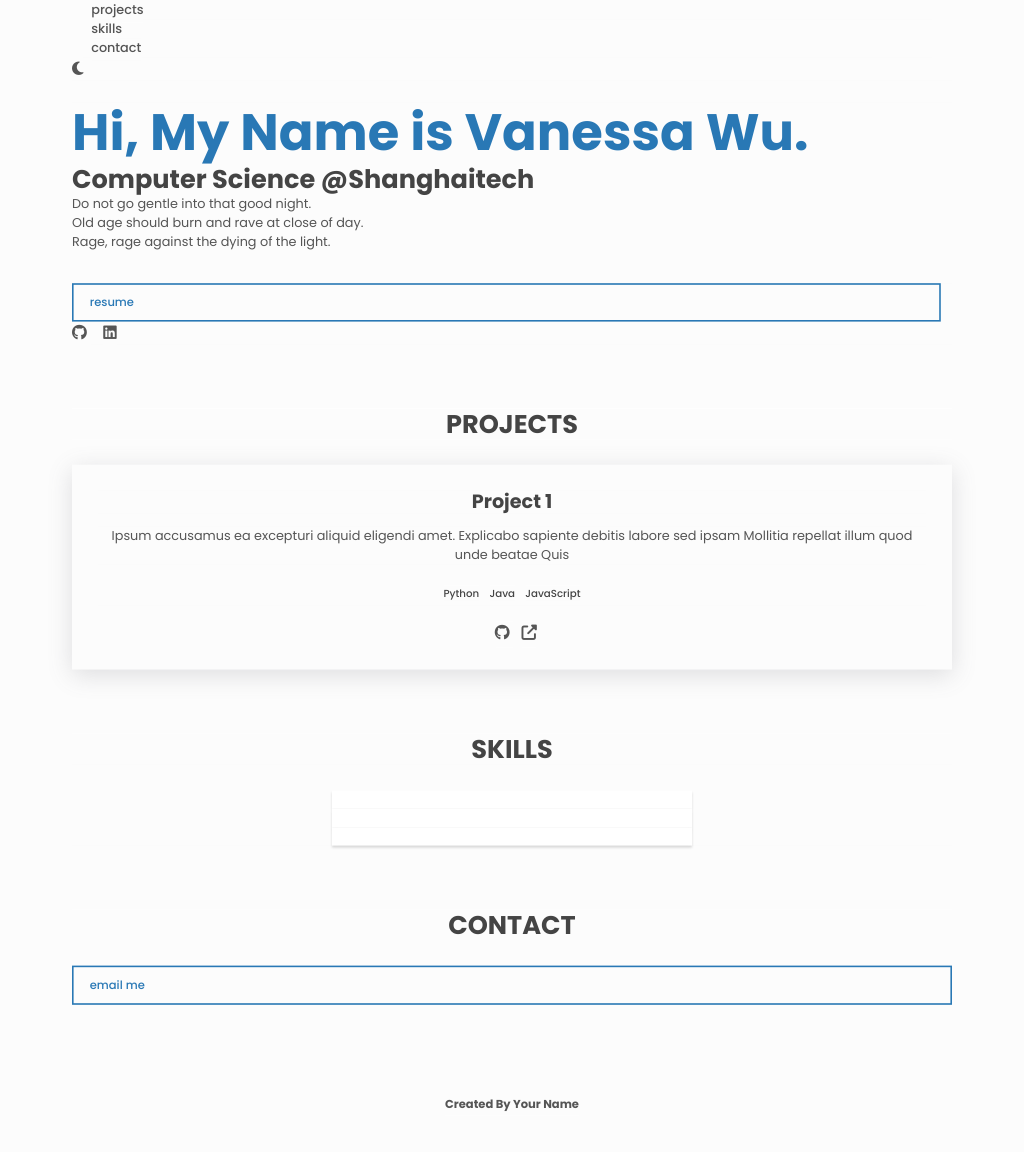
Repository: indiansummer1022/Cubstart
Page: Web Track/hw1/index.html
These files come from the project's save history. The page is drawn as it stood at one moment and after a run of saves; the edit follows.
The browser window is 1280 px wide. The pictures show the whole page, at 80% of full size.
Some web libraries are served in a nearby version.

Above is the page before, as saved 2022-02-15 21:17:24.

### Web Track/hw1/index.html
<!DOCTYPE html>
<html lang="en">

<head>
  <meta charset="UTF-8" />
  <meta name="viewport" content="width=device-width, initial-scale=1" />
  <meta name="description" content="Portfolio" />
  <link rel="preconnect" href="https://fonts.googleapis.com" />
  <link rel="preconnect" href="https://fonts.gstatic.com" crossorigin />
  <link href="https://fonts.googleapis.com/css2?family=Poppins:wght@400;500;700&display=swap" rel="stylesheet" />
  <script src="https://kit.fontawesome.com/fa62c117c7.js" crossorigin="anonymous"></script>
  <!-- BEGIN PART 1 -->
  <link rel="stylesheet" href ="styles.css">
  <title>Vanessa Wu</title>
  <!-- END PART 1 -->
</head>

<body class="light" id="top">
  <header class="header center">
    <!-- BEGIN PART 2 -->
    <h3>
        <a href="/"></a>
    </h3>
    <!-- END PART 2 -->
    <nav class="nav center">
      <ul class="nav__list center">
        <li class="nav__list-item">
          <a class="link link--nav" href="#projects">Projects</a>
        </li>
        <li class="nav__list-item">
          <a class="link link--nav" href="#skills">Skills</a>
        </li>
        <li class="nav__list-item">
          <a class="link link--nav" href="#contact">Contact</a>
        </li>
      </ul>

      <!-- BEGIN PART 5 -->

      <button type="button" aria-label="toggle theme" class="btn btn--icon">
        <i id="btn-theme" class="fas fa-moon"></i>
      </button>

      <!--
        5.1: What does this button tag correspond to on the site?

        Corresponds to the moon icon on top left of the page which to change the light/ dark theme of the website.

      -->

      <button type="button" aria-label="toggle navigation" class="btn btn--icon nav__hamburger">
        <i class="fas fa-bars"></i>
      </button>

      <!--
        5.2: Try Ctrl-F in styles.css and look the class 'nav__hamburger'. You'll notice that it
        appears in 2 places. Why is one of the rules 'display: none' on one instance? How do you
        make it so that this button appears on screen?
        Hint: remember what @media (max-width: 600px) means.

        1. @media (max-width: 600px) is for mobile so hamburger is set to appear on the screen if it is the mobile version.
        The element is hidden if it is the desktop version. [referring: @hannahmcg]
        2. Change 'display: none' to flex so this button will appear.

      -->

      <!-- END PART 5 -->
    </nav>
  </header>

  <main>
    <div class="about center">
      <!-- BEGIN PART 6 -->
      <h1 class="about__name">
        Hi, My Name is Vanessa Wu.
      </h1>
      <h2 class="about_role">
        Computer Science @Shanghaitech
      </h2>
      <p class="about-desc">
        Do not go gentle into that good night.<br>
        Old age should burn and rave at close of day. <br>
        Rage, rage against the dying of the light. <br>
      </p>
      <!-- END PART 6 -->
      <div class="about__contact center">
        <a href="https://example.com">
          <span class="btn btn--outline">Resume</span>
        </a>

        <a href="https://github.com/" aria-label="github" class="link link--icon">
          <i aria-hidden="true" class="fab fa-github"></i>
        </a>

        <a href="https://linkedin.com/in/" aria-label="linkedin" class="link link--icon">
          <i aria-hidden="true" class="fab fa-linkedin"></i>
        </a>
      </div>
    </div>
    <section id="projects" class="section projects">
      <h2 class="section__title">Projects</h2>
      <div class="projects__grid">
        <!-- BEGIN PART 8 -->
        <div class="project">
          <h3>Project 1</h3>
          <p class="project__description">
            Ipsum accusamus ea excepturi aliquid eligendi amet. Explicabo
            sapiente debitis labore sed ipsam Mollitia repellat illum quod
            unde beatae Quis
          </p>
          <ul class="project__stack">
            <li class="project__stack-item">Python</li>
            <li class="project__stack-item">Java</li>
            <li class="project__stack-item">JavaScript</li>
          </ul>

          <a href="https://github.com" aria-label="source code" class="link link--icon">
            <i aria-hidden="true" class="fab fa-github"></i>
          </a>
          <a href="https://example.com" aria-label="live preview" class="link link--icon">
            <i aria-hidden="true" class="fas fa-external-link-alt"></i>
          </a>
        </div>
        <!-- END PART 8 -->
      </div>
    </section>


    <section class="section skills" id="skills">
      <!-- BEGIN PART 10 -->
      <h2 class="section__title">Skills</h2>
      <ul class="skills__list">
        <li class="skills__list-item btn btn--plain"></li>
        <li class="skills__list-item btn btn--plain"></li>
        <li class="skills__list-item btn btn--plain"></li>
      </ul>
      <!-- END PART 10 -->
    </section>
    <section class="section contact center" id="contact">
      <h2 class="section__title">Contact</h2>
      <a href="mailto:youremail@gmail.com">
        <span class="btn btn--outline">Email me</span>
      </a>
    </section>
  </main>

  <footer class="footer">
    <!-- BEGIN PART 12 -->
    <a href="/" class="link footer__link">
      Created By Your Name
    </a>
    <!-- END PART 12 -->
  </footer>


  <div class="scroll-container">
    <div class="scroll-top">
      <a aria-label="Scroll up" href="#top">
        <i aria-hidden="true" class="fas fa-arrow-up"></i>
      </a>
    </div>
  </div>
  <script src="./script.js"></script>
</body>

</html>

### Web Track/hw1/styles.css
/*===============
  global styles
===============*/

* {
  padding: 0;
  margin: 0;
  border: 0;
  outline: 0;
  background-color: inherit;
  color: inherit;
  font-family: inherit;
  font-size: inherit;
  box-shadow: none;
  box-sizing: border-box;
}

html {
  scroll-behavior: smooth;
}

body {
  font-family: "Poppins", sans-serif;
  line-height: 1.5;
  color: var(--clr-fg);
  background-color: var(--clr-bg);
}

.light {
  --clr-bg: #fcfcfc;
  --clr-bg-alt: #fff;
  --clr-fg: #555;
  --clr-fg-alt: #444;
  --clr-primary: #2978b5;
  --shadow: rgba(100, 100, 111, 0.2) 0px 7px 29px 0px;
}

.dark {
  --clr-bg: #23283e;
  --clr-bg-alt: #2a2f4c;
  --clr-fg: #bdbddd;
  --clr-fg-alt: #cdcdff;
  --clr-primary: #90a0d9;
  --shadow: rgba(0, 0, 0, 0.16) 0px 10px 36px 0px,
    rgba(0, 0, 0, 0.06) 0px 0px 0px 1px;
}

::-moz-selection {
  background: var(--clr-primary);
  color: var(--clr-bg);
}

::-webkit-selection,
::selection {
  background: var(--clr-primary);
  color: var(--clr-bg);
}

h1,
h2,
h3,
h4 {
  line-height: 1.2;
  color: var(--clr-fg-alt);
}

h1 {
  font-size: 4rem;
}

h2 {
  font-size: 2rem;
}

h3 {
  font-size: 1.5rem;
}

h4 {
  font-size: 1.3rem;
}

ul {
  list-style-type: none;
}

a {
  text-decoration: none;
}

button {
  cursor: pointer;
}

@media (max-width: 900px) {
  h1 {
    font-size: 2.6rem;
  }
}

/*===================
  buttons and links
===================*/

.link {
  color: var(--clr-primary);
  padding: 0 0 0.3em 0;
  position: relative;
}

.link:hover {
  color: var(--clr-primary);
}

/* BEGIN PART 4 */

.link::before {
  content: "";
  display: inline;
  width: 0%;
  height: 0.2em;
  position: absolute;
  bottom: 0;
  background-color: var(--clr-primary);
  /* transition: */
}

.link:hover::before,
.link:focus::before {
  width: 100%;
  transition: property width, duration 5s, timing-function ease-in;
}

/* END PART 4 */

.link--nav {
  color: var(--clr-fg);
  text-transform: lowercase;
  font-weight: 500;
}

.link--icon {
  color: var(--clr-fg);
  font-size: 1.2rem;
}

.btn {
  display: block;
  padding: 0.8em 1.4em;
  font-weight: 500;
  font-size: 0.9rem;
  text-transform: lowercase;
  transition: transform 0.2s ease-in-out;
}

.btn--outline {
  color: var(--clr-primary);
  border: 2px solid var(--clr-primary);
  position: relative;
  overflow: hidden;
  z-index: 1;
}

.btn--outline:focus,
.btn--outline:hover {
  color: var(--clr-bg);
}

.btn--outline:before {
  content: "";
  position: absolute;
  background-color: var(--clr-primary);
  right: 100%;
  bottom: 0;
  left: 0;
  top: 0;
  z-index: -1;
  transition: right 0.2s ease-in-out;
}

.btn--outline:hover::before,
.btn--outline:focus::before {
  right: 0;
}

.btn--plain {
  text-transform: initial;
  background-color: var(--clr-bg-alt);
  box-shadow: rgba(0, 0, 0, 0.15) 0px 3px 3px 0px;
  border: 0;
}

.btn--plain:hover {
  transform: translateY(-4px);
}

.btn--icon {
  padding: 0;
  font-size: 1.2rem;
}

.btn--icon:hover,
.btn--icon:focus {
  color: var(--clr-primary);
}

.btn--icon:active {
  transform: translateY(-5px);
}

/*========
  layout
========*/

/* BEGIN PART 3 */

.center {
  justify-content: center;
  flex-direction: column;
}

.header {
  height: 8em;
  max-width: 1100px;
  width: 95%;
  margin: 0 auto;
  /* justify-content: */
  justify-content: space-around;
}

/* END PART 3 */

main {
  max-width: 1100px;
  width: 95%;
  margin: 0 auto;
}

.section {
  margin-top: 5em;
}

.section__title {
  text-align: center;
  margin-bottom: 1em;
  text-transform: uppercase;
}

.nav__list {
  margin-right: 1.5em;
  display: flex;
}

.nav__list-item {
  margin-left: 1.5em;
}

.nav__hamburger {
  display: none;
  width: 1em;
}

/* BEGIN PART 7 */

.about {
}

/* END PART 7 */

.about__name {
  color: var(--clr-primary);
}

.about__role {
  margin-top: 1.2em;
}

.about__desc {
  font-size: 1rem;
  max-width: 600px;
}

.about__desc,
.about__contact {
  margin-top: 2.4em;
}

.about .link--icon {
  margin-right: 0.8em;
}

.about .btn--outline {
  margin-right: 1em;
}

/* BEGIN PART 9 */

.projects__grid {
  max-width: 1100px;
  margin: 0 auto;
  /* display: */
  /* grid-template-columns: */
  /* grid-gap: */
}

/* END PART 9 */

.project {
  padding: 2em;
  margin: 0 auto;
  text-align: center;
  box-shadow: var(--shadow);
  transition: transform 0.2s linear;
}

.project:hover {
  transform: translateY(-7px);
}

.project__description {
  margin-top: 1em;
}

.project__stack {
  display: flex;
  flex-wrap: wrap;
  justify-content: center;
  margin: 1.2em 0;
}

.project__stack-item {
  margin: 0.5em;
  font-weight: 500;
  font-size: 0.8rem;
  color: var(--clr-fg-alt);
}

.project .link--icon {
  margin-left: 0.5em;
}

/* BEGIN PART 11 */

.skills__list {
  max-width: 450px;
  width: 95%;
  margin: 0 auto;
  /* display: */
  /* flex-wrap: */
  /* justify-content: */
}

.skills__list-item {
}

/* END PART 11 */

.contact {
  flex-direction: column;
}

.footer {
  padding: 3em 0;
  margin-top: 4em;
  text-align: center;
}

.footer__link {
  font-size: 0.9rem;
  font-weight: 700;
  color: var(--clr-fg);
}

.scroll-top {
  display: none;
  position: fixed;
  bottom: 1em;
  right: 2em;
  background-color: transparent;
  font-size: 1.8rem;
  transition: transform 0.2s ease-in-out;
}

@media (max-width: 600px) {
  .header {
    height: 6em;
  }

  .section {
    margin-top: 4em;
  }

  .nav__list {
    flex-direction: column;
    padding: 4em 0;
    position: absolute;
    right: 0;
    left: 0;
    top: 5em;
    background-color: var(--clr-bg);
    width: 0;
    overflow: hidden;
    transition: width 0.2s ease-in-out;
  }

  .display-nav-list {
    width: 100%;
  }

  .nav__list-item {
    margin: 0.5em 0;
  }

  .nav__hamburger {
    display: flex;
    margin-left: 0.8em;
  }

  .about {
    align-items: flex-start;
    margin-top: 2em;
  }

  .footer {
    padding: 2em;
    margin-top: 3em;
  }

  .scroll-container {
    display: none;
  }
}

### Web Track/hw1/script.js
const body = document.body

const btnTheme = document.querySelector('.fa-moon')
const btnHamburger = document.querySelector('.fa-bars')

const addThemeClass = (bodyClass, btnClass) => {
  body.classList.add(bodyClass)
  btnTheme.classList.add(btnClass)
}

const getBodyTheme = localStorage.getItem('portfolio-theme')
const getBtnTheme = localStorage.getItem('portfolio-btn-theme')

addThemeClass(getBodyTheme, getBtnTheme)

const isDark = () => body.classList.contains('dark')

const setTheme = (bodyClass, btnClass) => {

	body.classList.remove(localStorage.getItem('portfolio-theme'))
	btnTheme.classList.remove(localStorage.getItem('portfolio-btn-theme'))

  addThemeClass(bodyClass, btnClass)

	localStorage.setItem('portfolio-theme', bodyClass)
	localStorage.setItem('portfolio-btn-theme', btnClass)
}

const toggleTheme = () =>
	isDark() ? setTheme('light', 'fa-moon') : setTheme('dark', 'fa-sun')

btnTheme.addEventListener('click', toggleTheme)

const displayList = () => {
	const navUl = document.querySelector('.nav__list')

	if (btnHamburger.classList.contains('fa-bars')) {
		btnHamburger.classList.remove('fa-bars')
		btnHamburger.classList.add('fa-times')
		navUl.classList.add('display-nav-list')
	} else {
		btnHamburger.classList.remove('fa-times')
		btnHamburger.classList.add('fa-bars')
		navUl.classList.remove('display-nav-list')
	}
}

btnHamburger.addEventListener('click', displayList)

const scrollUp = () => {
	const btnScrollTop = document.querySelector('.scroll-top')

	if (
		body.scrollTop > 500 ||
		document.documentElement.scrollTop > 500
	) {
		btnScrollTop.style.display = 'block'
	} else {
		btnScrollTop.style.display = 'none'
	}
}

document.addEventListener('scroll', scrollUp)

After the next 2 saves:
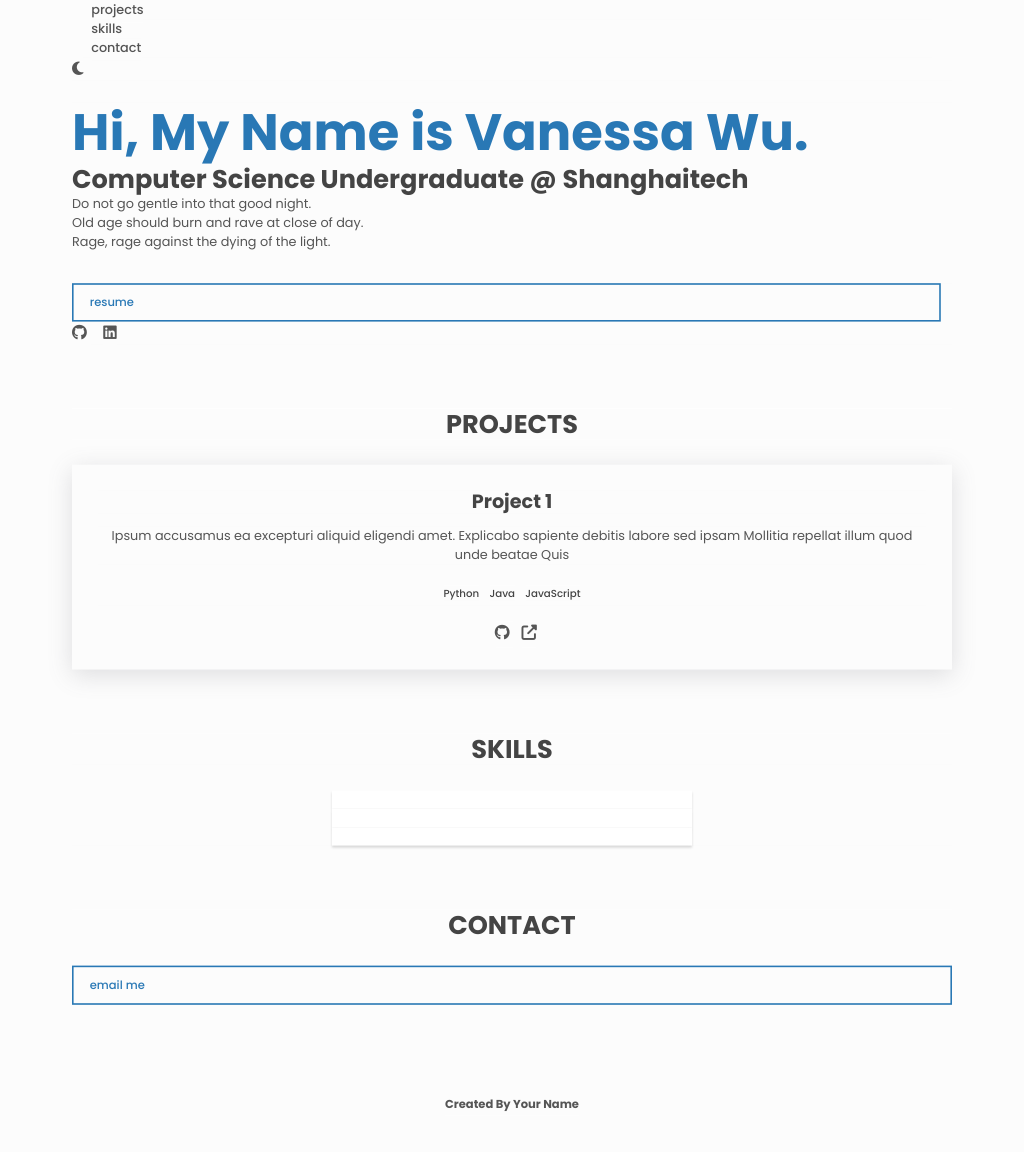
The 2 saves are shown as one change because they came seconds apart.
The last was saved 29 s later.
--- a/Web Track/hw1/index.html
+++ b/Web Track/hw1/index.html
@@ -75,7 +75,7 @@
         Hi, My Name is Vanessa Wu.
       </h1>
       <h2 class="about_role">
-        Computer Science @Shanghaitech
+        Computer Science Undergraduate @ Shanghaitech
       </h2>
       <p class="about-desc">
         Do not go gentle into that good night.<br>
